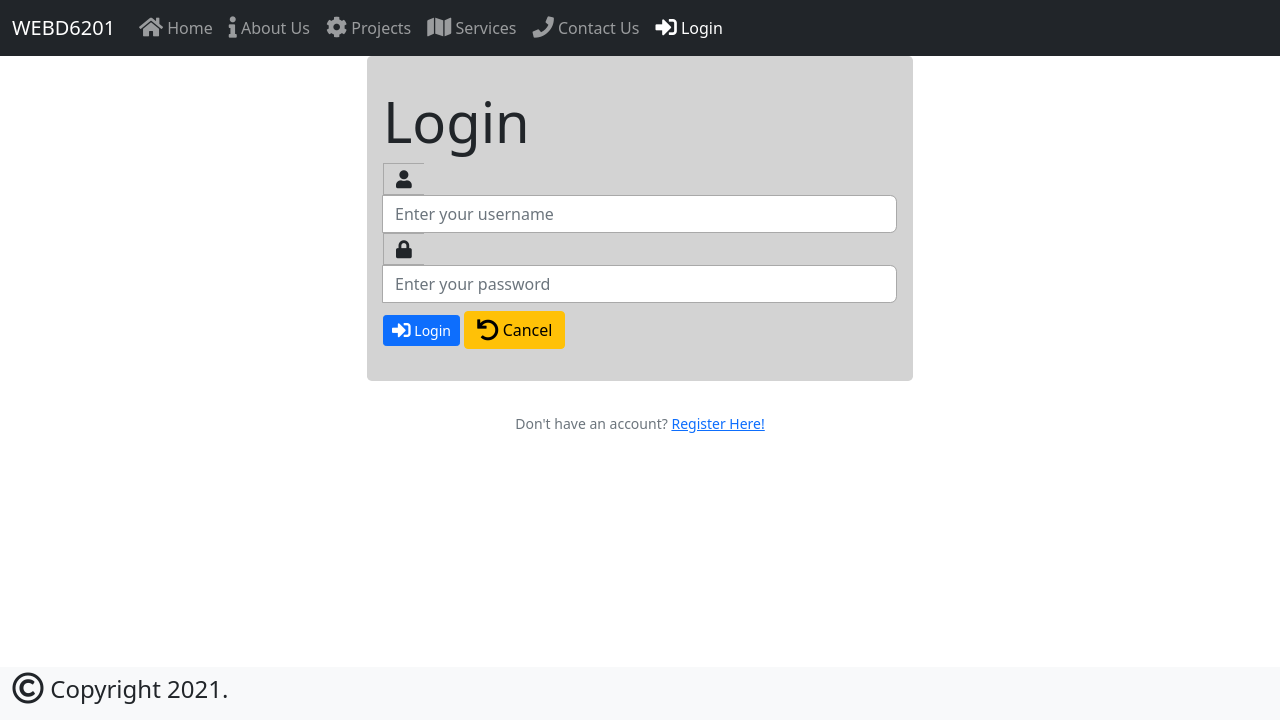
Repository: GarlicButterBoy/WEBD6201-ICE05
Page: login.html
These files come from the project's save history. The page is drawn as it stood at one moment and after the next save; the edit follows.
The browser window is 1280 px wide. The pictures show the whole page.

Above is the page before, as saved 2021-02-18 08:15:59.

After the next save:
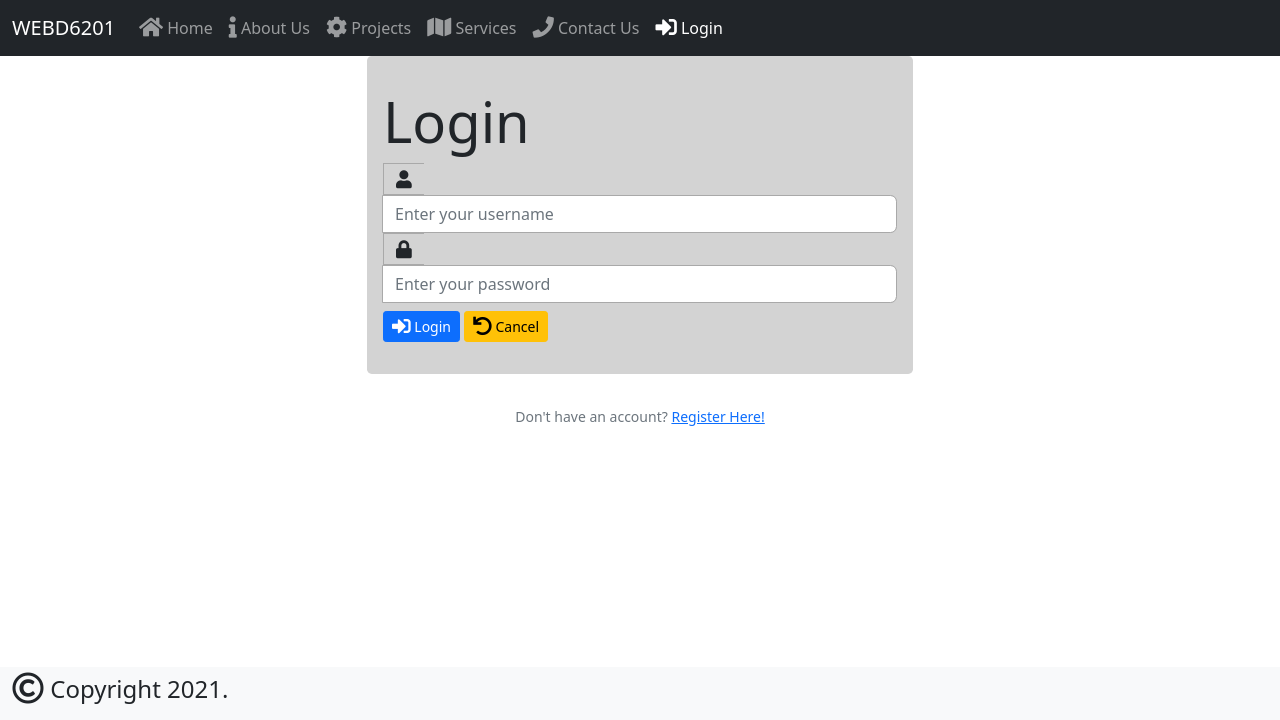
Saved 21 s later.
--- a/login.html
+++ b/login.html
@@ -82,7 +82,7 @@
                       </div>
                       <div class="text-right">
                         <button id="submitButton" type="submit" class="btn btn-primary btn-sm"><i class="fas fa-sign-in-alt fa-lg"></i> Login</button>
-                        <button id="cancelButton" type="button" class="btn btn-warning"><i class="fas fa-undo fa-lg"></i> Cancel</button>
+                        <button id="cancelButton" type="button" class="btn btn-warning btn-sm"><i class="fas fa-undo fa-lg"></i> Cancel</button>
                       </div>
                     </form>
 
